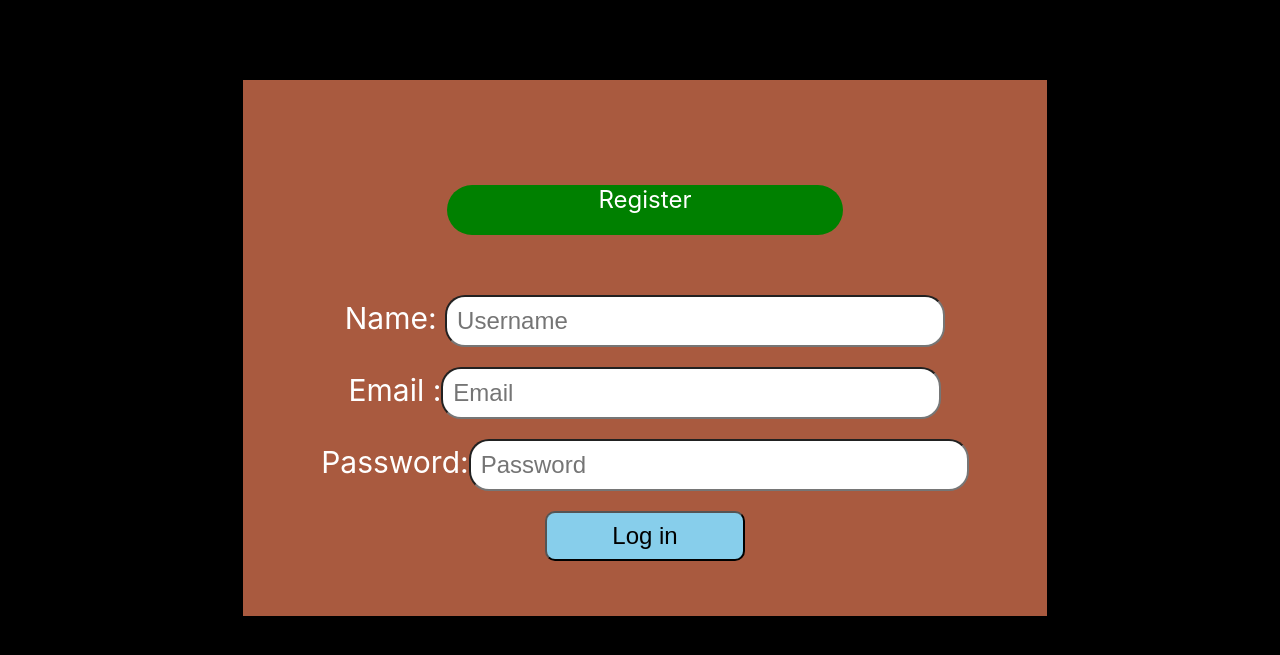
Repository: abhaysharma20233009/swiftKey
Page: /login (app in frontend/my-app/)
These files come from the project's save history. The page is drawn as it stood at one moment and after the next save; the edit follows.
The browser window is 1280 px wide. The pictures show the whole page.
The project was rebuilt for these pictures with package versions that can differ from the ones it lists, and the page was loaded fresh each time. Also part of the build but not shown: frontend/my-app/src/Swifts.js, frontend/my-app/src/Results.js.

Above is the page before, as saved 2024-10-10 20:10:30.

### frontend/my-app/src/App.js
//App.js

import './App.css';
import React from 'react';
import { BrowserRouter as Router, Route, Routes } from 'react-router-dom';
import Swift from './Swifts';
import Results from './Results';
import Login from './Login';
const App = () => {
    return (
        <Router>
			<div className="App">
            <Routes>
                <Route path="/" element={<Swift />} />
                <Route path="/results" element={<Results />} />
                <Route path="/login" element={<Login />} />
            </Routes>
			</div>
        </Router>
    );
};

export default App;

### frontend/my-app/src/App.css
.App {
  text-align: center;
  color:white;
}

body{
  background-color:black;
}

.log{
  color:black;
  margin-left: 10px;
  margin-right: 10px;
  background-color: skyblue;
  border-radius: 10px;
  height:50px;
  width:200px;
  justify-self: end;
  font-size: x-large;
  margin-top:10px;
  margin-bottom:50px;
}




.in{
  border-radius:20px;
  font-size: 24px;
  width: 60%;
  padding: 10px;
  margin: 10px 0;
}

.hea{
  margin-top: 100px;
  margin-bottom: 50px;
  margin-left:25%;
  background-color: lightgray;
  font-size: 24px;
  background-color:green;
  width:50%;
  height:50px;
  border-radius:30px;
  text-align: center;
}

.lo{
  text-align:center;
}
.Timer{
  height:50px;
  font-size:30px;
  margin-bottom: 10px;
  background-color:green;
  width:50px;
  margin-left:48%;
  border-radius: 15px;
}

.form{
  font-size: 30px;
  margin-top:80px;
  padding:5px;
  background-color:rgb(169, 90, 63);
  width:62%;
  margin-left:19%;
}

### frontend/my-app/src/Login.js
// Register.js
import React, { useState } from 'react';
import { useNavigate } from 'react-router-dom';
const Login = () => {
    const [username, setUsername] = useState('');
    const [email, setEmail] = useState('');
    const [password, setPassword] = useState('');

    const navigate = useNavigate();
    const fetchUser = async () => {
        try {
            await fetch('http://localhost:7000/login');

        } catch (error) {
            console.error('Error fetching messages:', error);
        }
    };

    const log = async () => {
        try {
            navigate('/', { state: { username,email } });
            const response = await fetch('http://localhost:7000/login', {
                method: 'POST',
                headers: {
                    'Content-Type': 'application/json',
                },
                body: JSON.stringify({ userName: username, email, password }),
            });

            if (!response.ok) {
                const errorData = await response.json();
                alert(errorData.message || errorData.error);
                return;
            }else{
                alert("user successfully registered");
            }
            // Reset fields
            setUsername('');
            setPassword('');

            // Navigate to Swifts with username

            await fetchUser();

        } catch (error) {
            console.error('Error login:', error);
        }
    }


    return (
        <div>

            <form className ="form">
            <div  className='hea'>Register</div>
                Name:   <input
                    className="in"
                    type="text"
                    placeholder="Username"
                    value={username}
                    onChange={(e) => setUsername(e.target.value)}
                    required
                />
                <br/>
                Email   :<input
                className="in"
                    type="email"
                    placeholder="Email"
                    value={email}
                    onChange={(e) => setEmail(e.target.value)}
                    required
                />
                <br/>
                Password:<input

                className="in"
                    type="password"
                    placeholder="Password"
                    value={password}
                    onChange={(e) => setPassword(e.target.value)}
                    required
                />
                <br/>
                <button className="log" onClick={log}>Log in</button>
            </form>
        </div>
    );
};

export default Login;

Loaded but not shown: frontend/my-app/public/index.html (common file); frontend/my-app/src/index.js (common file); frontend/my-app/src/index.css (common file); frontend/my-app/src/reportWebVitals.js (common file)

After the next save:
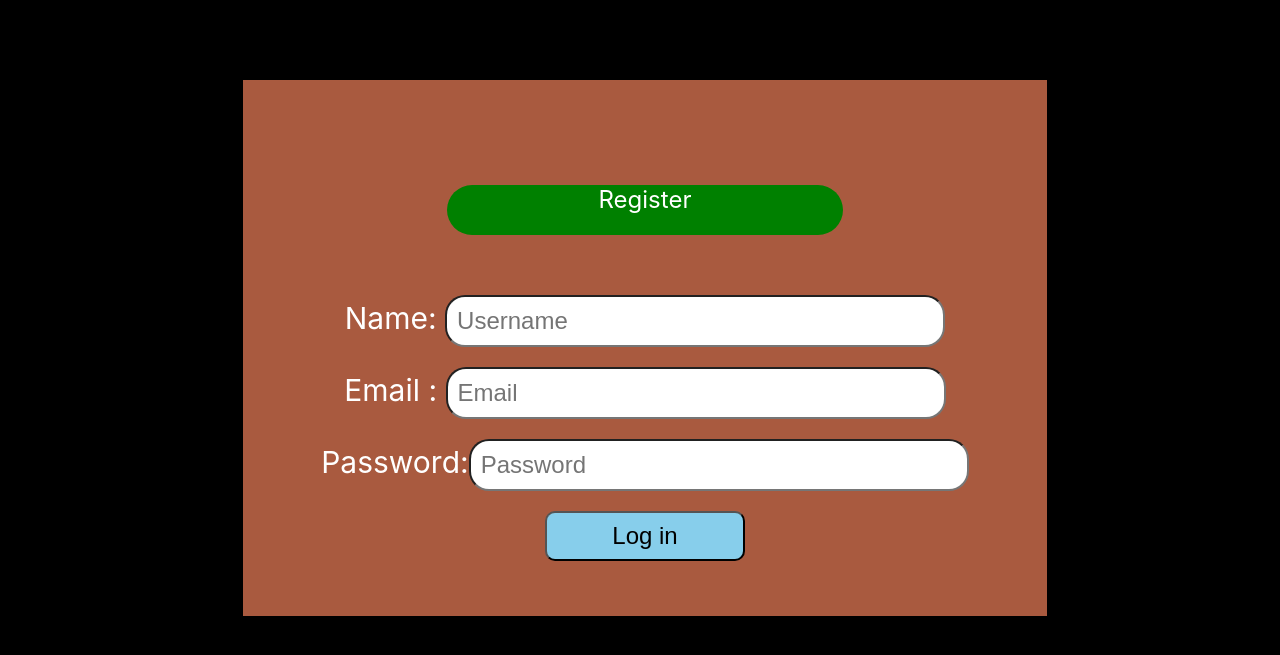
Saved 17 s later.
--- a/frontend/my-app/src/Login.js
+++ b/frontend/my-app/src/Login.js
@@ -62,7 +62,7 @@ const Login = () => {
                     required
                 />
                 <br/>
-                Email   :<input
+                Email   : <input
                 className="in"
                     type="email"
                     placeholder="Email"
